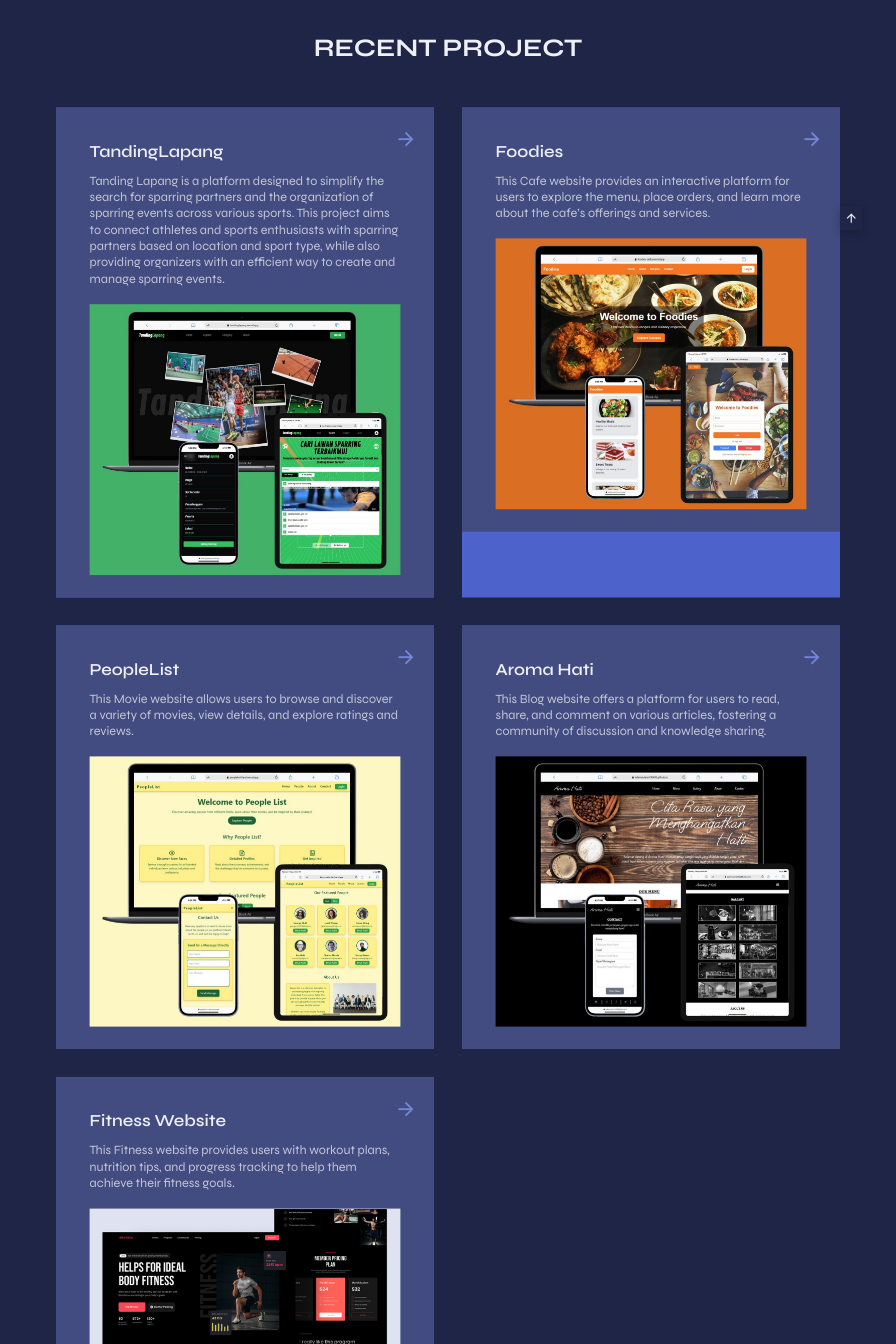
Repository: Ademaulana100499/amgrowth
Page: /
The author's editor kept a copy of each file at every save. The page is drawn from the files as they stood at one save, then again after the next save.
The browser window is 1280 px wide. The pictures show the part of the page from y = 752 to 2672 px (the page is 7400 px tall before and 7447 px after), at 70% of full size.
Some web fonts or font styles are not loaded; a fallback is used. The project was rebuilt for these pictures with package versions that can differ from the ones it lists, and the page was loaded fresh each time. Also part of the build but not shown: vite.config.js.

Above is the page before, as saved 2025-02-19 15:59:38.

After the next save:
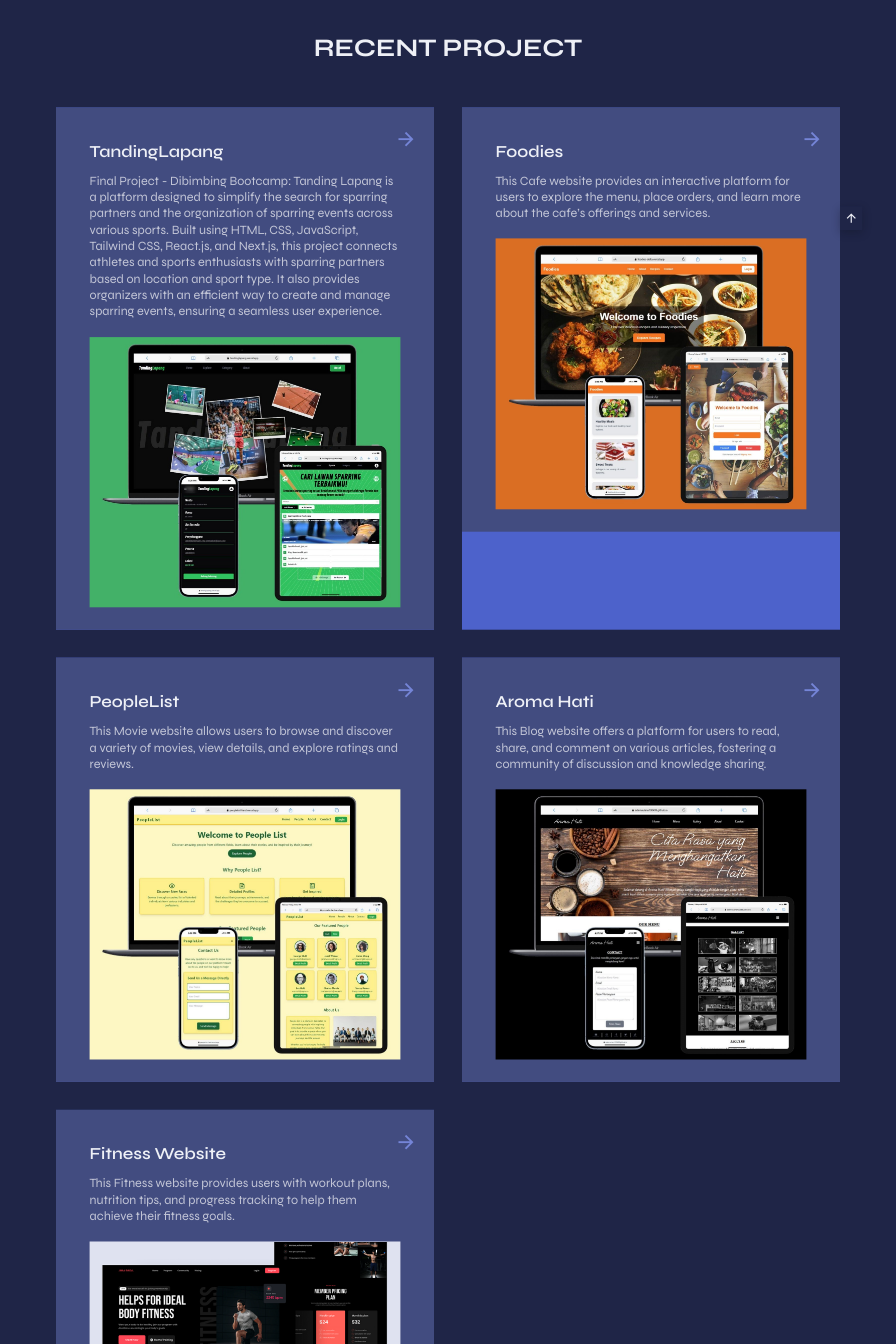
Saved 3 min 13 s later.
--- a/src/App.jsx
+++ b/src/App.jsx
@@ -30,7 +30,7 @@
       id: 1,
       title: "TandingLapang",
       description:
-        "Tanding Lapang is a platform designed to simplify the search for sparring partners and the organization of sparring events across various sports. This project aims to connect athletes and sports enthusiasts with sparring partners based on location and sport type, while also providing organizers with an efficient way to create and manage sparring events.",
+        "Final Project - Dibimbing Bootcamp: Tanding Lapang is a platform designed to simplify the search for sparring partners and the organization of sparring events across various sports. Built using HTML, CSS, JavaScript, Tailwind CSS, React.js, and Next.js, this project connects athletes and sports enthusiasts with sparring partners based on location and sport type. It also provides organizers with an efficient way to create and manage sparring events, ensuring a seamless user experience.",
       image: "/assets/img/tandinglapang.jpg",
     },
     {
